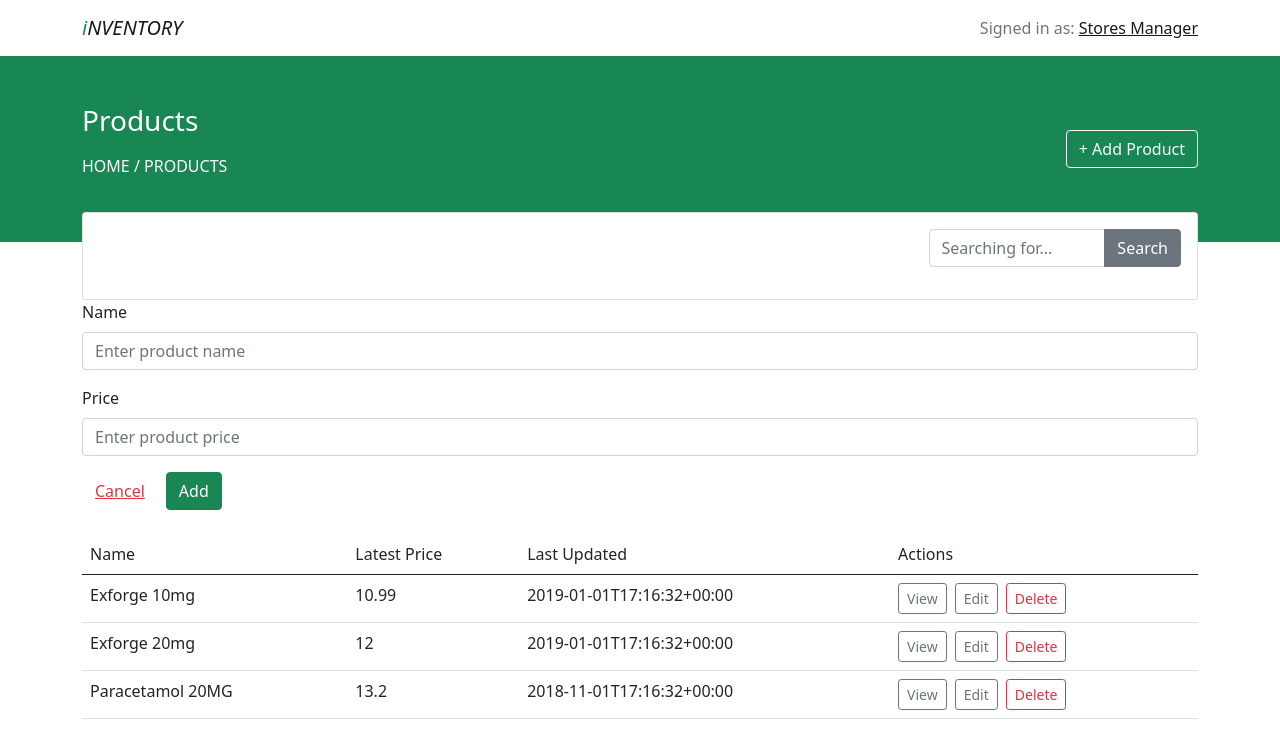
Repository: tHEO2k17/inventory-manager
Page: /
The author's editor kept a copy of each file at every save. The page is drawn from the files as they stood at one save, then again after the next save.
The browser window is 1280 px wide. The pictures show the whole page.
The project was rebuilt for these pictures with package versions that can differ from the ones it lists, and the page was loaded fresh each time.

Above is the page before, as saved 2021-08-31 09:29:40.

### src/index.tsx
import React from 'react';
import ReactDOM from 'react-dom';
import './index.scss';
import App from './presentation/App';

ReactDOM.render(
  <React.StrictMode>
    <App />
  </React.StrictMode>,
  document.getElementById('root')
);

### src/index.scss
@import '~bootstrap/scss/bootstrap.scss';

.mtn-30{
    margin-top: -30px;
}

### src/presentation/App.tsx
import ProductsPage from './pages/ProductsPage';

export default function App() {
  return ( <ProductsPage/> );
}

### src/presentation/pages/ProductsPage.tsx
import { Component } from "react"
import { Button, Card, Col, Container, FormControl, InputGroup, Row, Table } from "react-bootstrap";
import { mock } from "../../core/mock";
import Banner from "../components/Banner";
import Product from "../components/Product";
import ProductForm from "../components/ProductForm";
import TopBar from "../components/TopBar";

export default class ProductsPage extends Component {
    // constructor(props: any) {
    //     super(props);
    // }

    render() {
        return (
            <>
                <TopBar />
                <Banner />
                <Container>
                    <Card className="mtn-30">
                        <Card.Body>
                            <Row>
                                <Col></Col>
                                <Col md="3">
                                    <InputGroup className="mb-3">
                                        <FormControl
                                            placeholder="Searching for..."
                                            aria-label="Searching for..."
                                            aria-describedby="basic-addon2"
                                        />
                                        <Button variant="secondary" id="button-addon2"> Search</Button>
                                    </InputGroup>
                                </Col>
                            </Row>
                        </Card.Body>
                    </Card>
                    <ProductForm />
                    <br />
                    <Table>
                        <thead>
                            <tr>
                                <td>Name</td>
                                <td>Latest Price</td>
                                <td>Last Updated</td>
                                <td>Actions</td>
                            </tr>
                        </thead>
                        <tbody>
                            {
                                mock.products.map(product => <Product key={product.id} product={product} />)
                            }
                        </tbody>
                    </Table>
                </Container>
            </>
        );
    }
}

### src/core/mock.ts
export const mock = {
    "products": [
        {
            "id": 1,
            "name": "Exforge 10mg",
            "prices": [
                {
                    "id": 1,
                    "price": 10.99,
                    "date": "2019-01-01T17:16:32+00:00"
                },
                {
                    "id": 2,
                    "price": 9.20,
                    "date": "2018-11-01T17:16:32+00:00"
                }
            ]
        },
        {
            "id": 2,
            "name": "Exforge 20mg",
            "prices": [
                {
                    "id": 3,
                    "price": 12.00,
                    "date": "2019-01-01T17:16:32+00:00"
                },
                {
                    "id": 4,
                    "price": 13.20,
                    "date": "2018-11-01T17:16:32+00:00"
                }
            ]
        },
        {
            "id": 3,
            "name": "Paracetamol 20MG",
            "prices": [
                {
                    "id": 5,
                    "price": 5.00,
                    "date": "2017-01-01T17:16:32+00:00"
                },
                {
                    "id": 6,
                    "price": 13.20,
                    "date": "2018-11-01T17:16:32+00:00"
                }
            ]
        }
    ]
};

### src/presentation/components/Banner.tsx
import { Button, Col, Container, Row } from "react-bootstrap";

const Banner = () => {
    return (
        <section className="bg-success">
            <Container className="py-5 text-white">
                <Row className="align-items-center">
                    <Col>
                        <h3>Products</h3>
                        <p className="text-light mt-3 fw-light fs-6">HOME / PRODUCTS</p>
                    </Col>
                    <Col>
                        <Button variant="outline-light" className="float-end">+ Add Product</Button>
                    </Col>
                </Row>
            </Container>
        </section>
    );
}

export default Banner;

### src/presentation/components/Product.tsx
import { Button } from "react-bootstrap"
import moment from 'moment';

const Product = ({ product }: ProductProps) => {

    const findLatestPriceInfo = (prices: any[]): any => {
        return prices.reduce(
            (acc: any, value: any) =>
                moment(acc.date).isAfter(value.date)
                    ? acc
                    : value
        );
    }

    return (
        <tr>
            <td>{product.name}</td>
            <td>{findLatestPriceInfo(product.prices).price}</td>
            <td>{findLatestPriceInfo(product.prices).date}</td>
            <td>
                <Button size="sm" variant="outline-secondary">View</Button>
                <Button size="sm" variant="outline-secondary" className="mx-2">Edit</Button>
                <Button size="sm" variant="outline-danger">Delete</Button>
            </td>
        </tr>
    );

}

export default Product;

type ProductProps = {
    key: any,
    product: any
}

### src/presentation/components/ProductForm.tsx
import { Component } from "react";
import { Button, Form } from "react-bootstrap";

export default class ProductForm extends Component {
    // constructor(props: any) {
    //     super(props);
    // }

    render() {
        return (
            <Form>
                <Form.Group className="mb-3">
                    <Form.Label>Name</Form.Label>
                    <Form.Control type="text" placeholder="Enter product name" />
                </Form.Group>

                <Form.Group className="mb-3">
                    <Form.Label>Price</Form.Label>
                    <Form.Control type="text" placeholder="Enter product price" />
                </Form.Group>

                <Form.Group>
                    <Button variant="link" className="me-2 text-danger">Cancel</Button>
                    <Button variant="success">Add</Button>
                </Form.Group>

            </Form>
        );
    }
}

### src/presentation/components/TopBar.tsx
import { Container, Navbar } from "react-bootstrap";

const TopBar = () => {
    return (
        <Navbar>
            <Container>
                <Navbar.Brand href="#home" className="fst-italic"><span className="text-success">i</span>NVENTORY</Navbar.Brand>
                <Navbar.Toggle />
                <Navbar.Collapse className="justify-content-end">
                    <Navbar.Text>
                        Signed in as: <a href="#login">Stores Manager</a>
                    </Navbar.Text>
                </Navbar.Collapse>
            </Container>
        </Navbar>
    );
}

export default TopBar;

Loaded but not shown: public/index.html (common file)

After the next save:
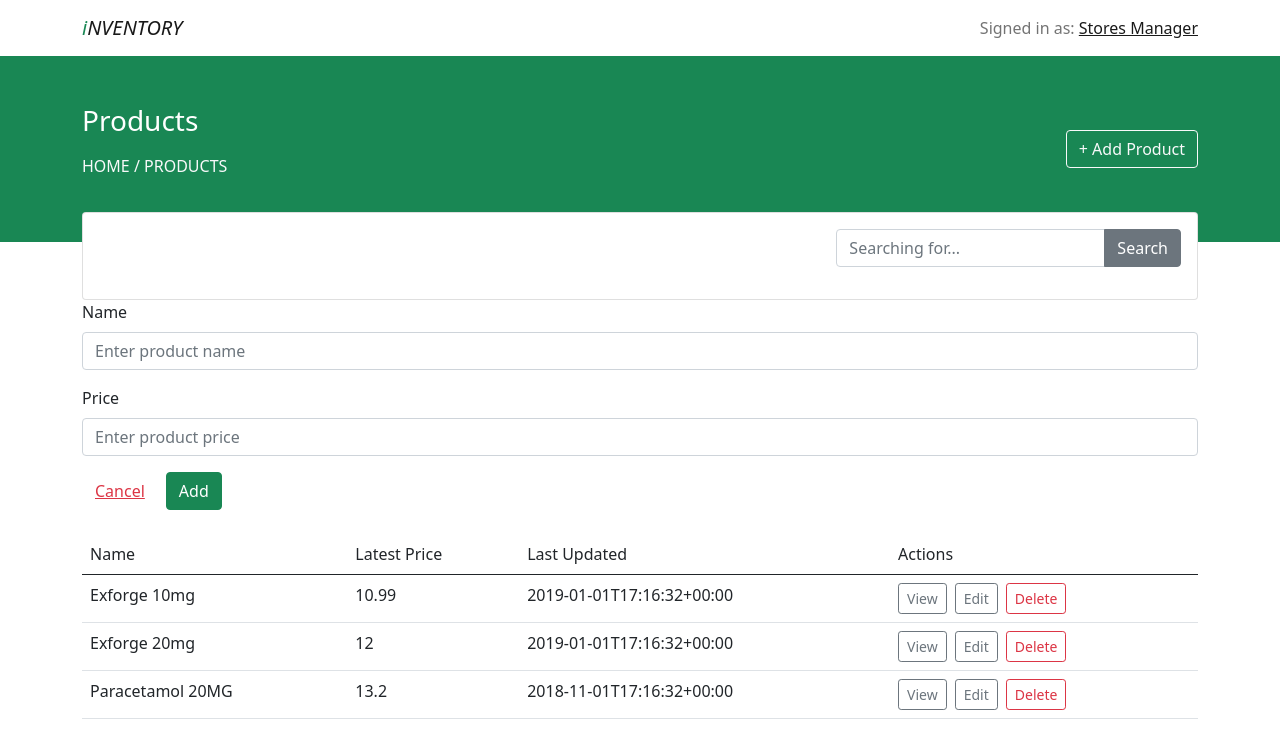
Saved 4 s later.
--- a/src/presentation/pages/ProductsPage.tsx
+++ b/src/presentation/pages/ProductsPage.tsx
@@ -21,7 +21,7 @@ export default class ProductsPage extends Component {
                         <Card.Body>
                             <Row>
                                 <Col></Col>
-                                <Col md="3">
+                                <Col md="4">
                                     <InputGroup className="mb-3">
                                         <FormControl
                                             placeholder="Searching for..."
